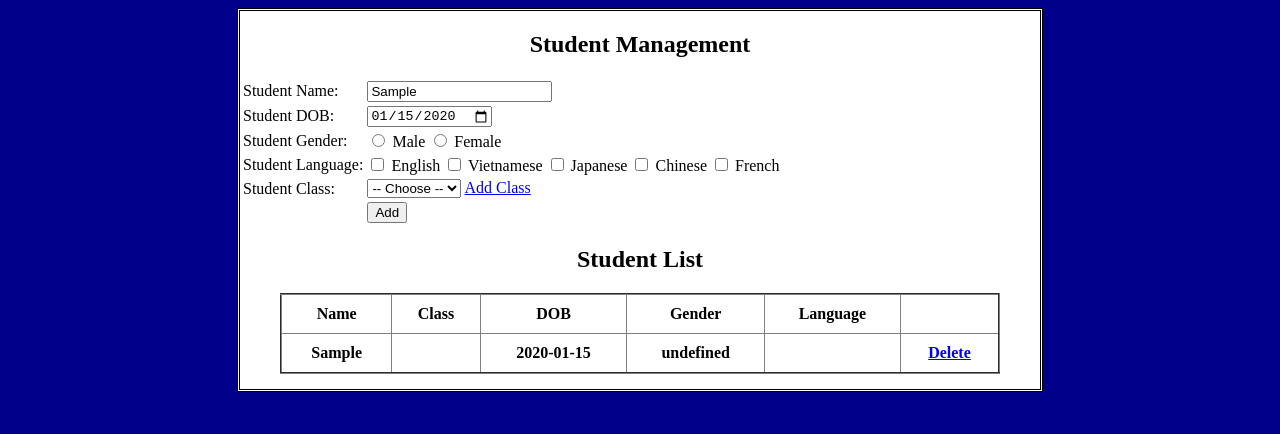
Repository: AnhDuc0125/HTML-Aptech
Page: exam/nextPage.html
An editor plug-in stored every save of this project. The page is shown before and after the next save, followed by the edit.
The browser window is 1280 px wide. The pictures show the whole page.
Empty fields were first filled with sample values (such as "Sample", 5 or name@example.com).
After loading, the first visible `button` was clicked once.

Above is the page before, as saved 2021-12-05 22:08:50.

After the next save:
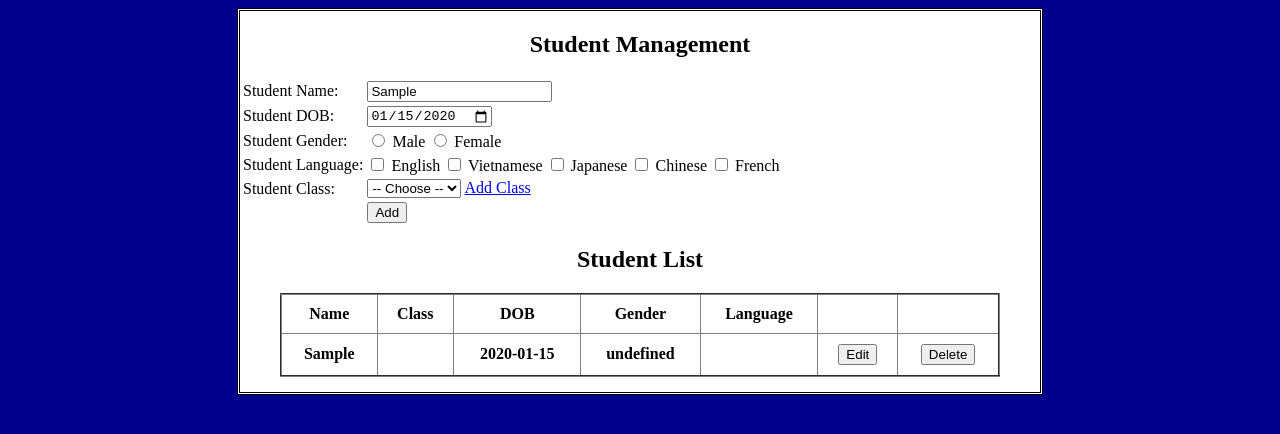
Saved 9 h 15 min later.
--- a/exam/nextPage.html
+++ b/exam/nextPage.html
@@ -129,7 +129,8 @@
                         <th>${student.dob}</th>
                         <th>${student.gender}</th>
                         <th>${student.language}</th>
-                        <th><a href="#" onclick="delete_std(${index})">Delete</a></th>
+                        <th><button onclick="edit_std(${index})">Edit</button></th>
+                        <th><button onclick="delete_std(${index})">Delete</button></th>
                     </tr>`)
                     index++
         }
@@ -146,6 +147,7 @@
                     <th>${student_list[i].dob}</th>
                     <th>${student_list[i].gender}</th>
                     <th>${student_list[i].language}</th>
+                    <th><a href="#" onclick="edit_std(${index})">Edit</a></th>
                     <th><a href="#" onclick="delete_std(${index})">Delete</a></th>
                     </tr>`);
                     index++
